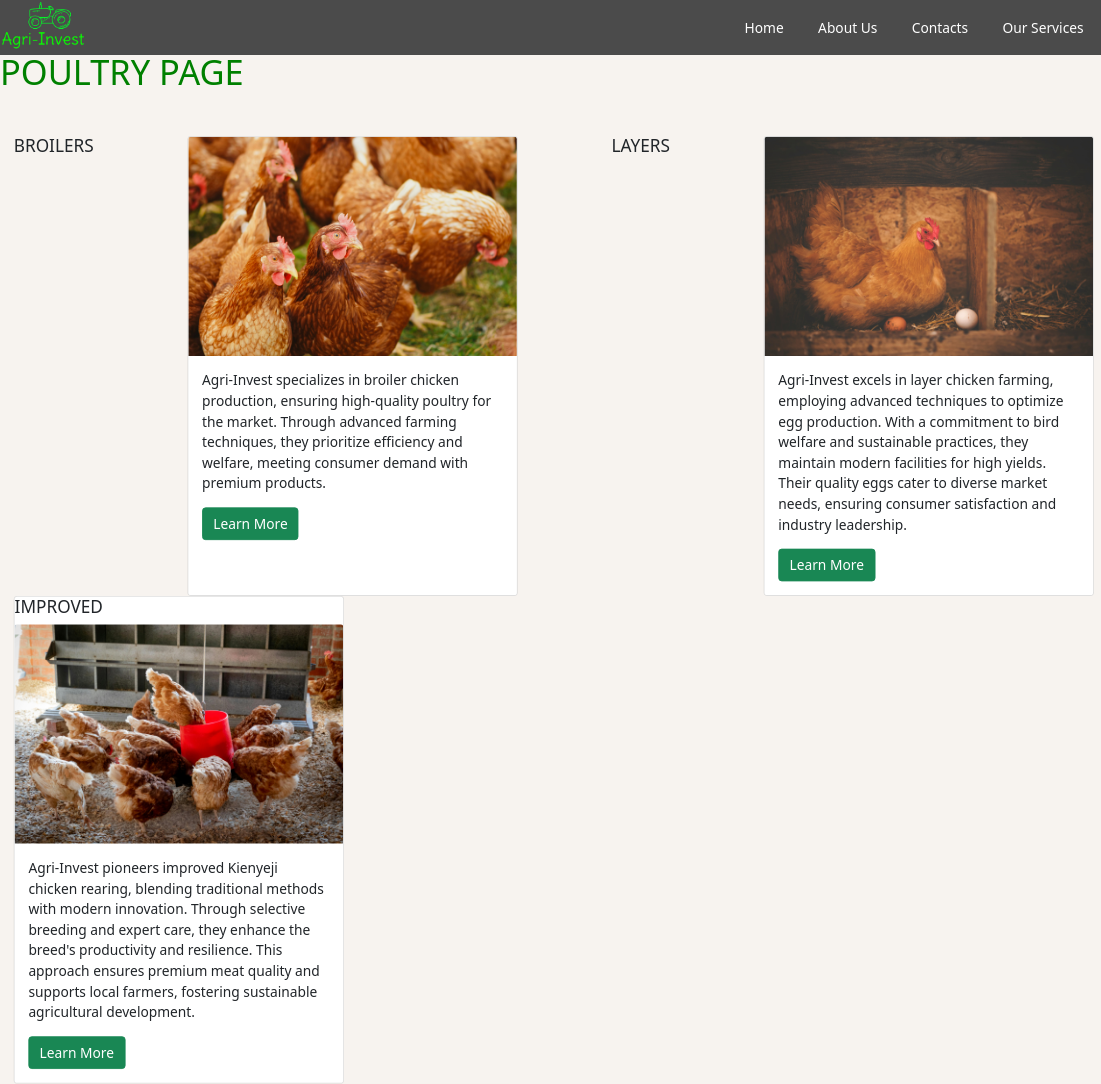
Repository: Allevandrose/Agri-invest
Page: poultry.html
The author's editor kept a copy of each file at every save. The page is drawn from the files as they stood at one save, then again after the next save.
The browser window is 1280 px wide. The pictures show the whole page, at 86% of full size.

Above is the page before, as saved 2024-04-13 15:52:41.

After the next save:
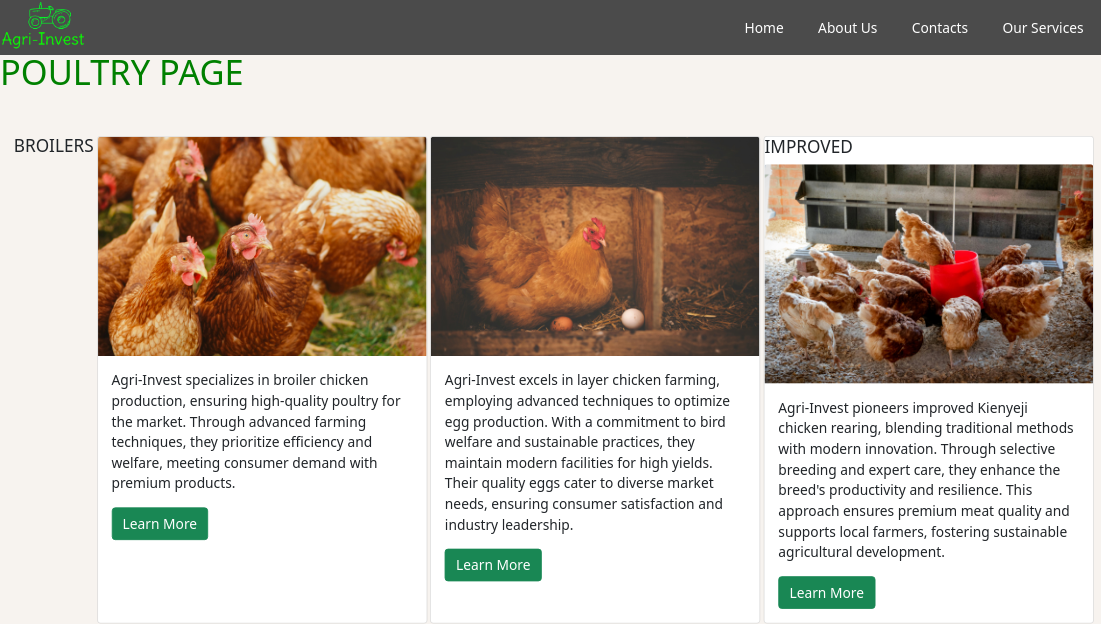
Saved 12 s later.
--- a/poultry.html
+++ b/poultry.html
@@ -34,7 +34,7 @@
                 <a href="#" class="btn btn-success">Learn More</a>
             </div>
         </div>
-        <h5 class="card-title">LAYERS</h5>
+
         <div class="card mr-2" style="width: 24rem;">
 
             <img src="poultry images/chick2.jpg" class="card-img-top" alt="...">
